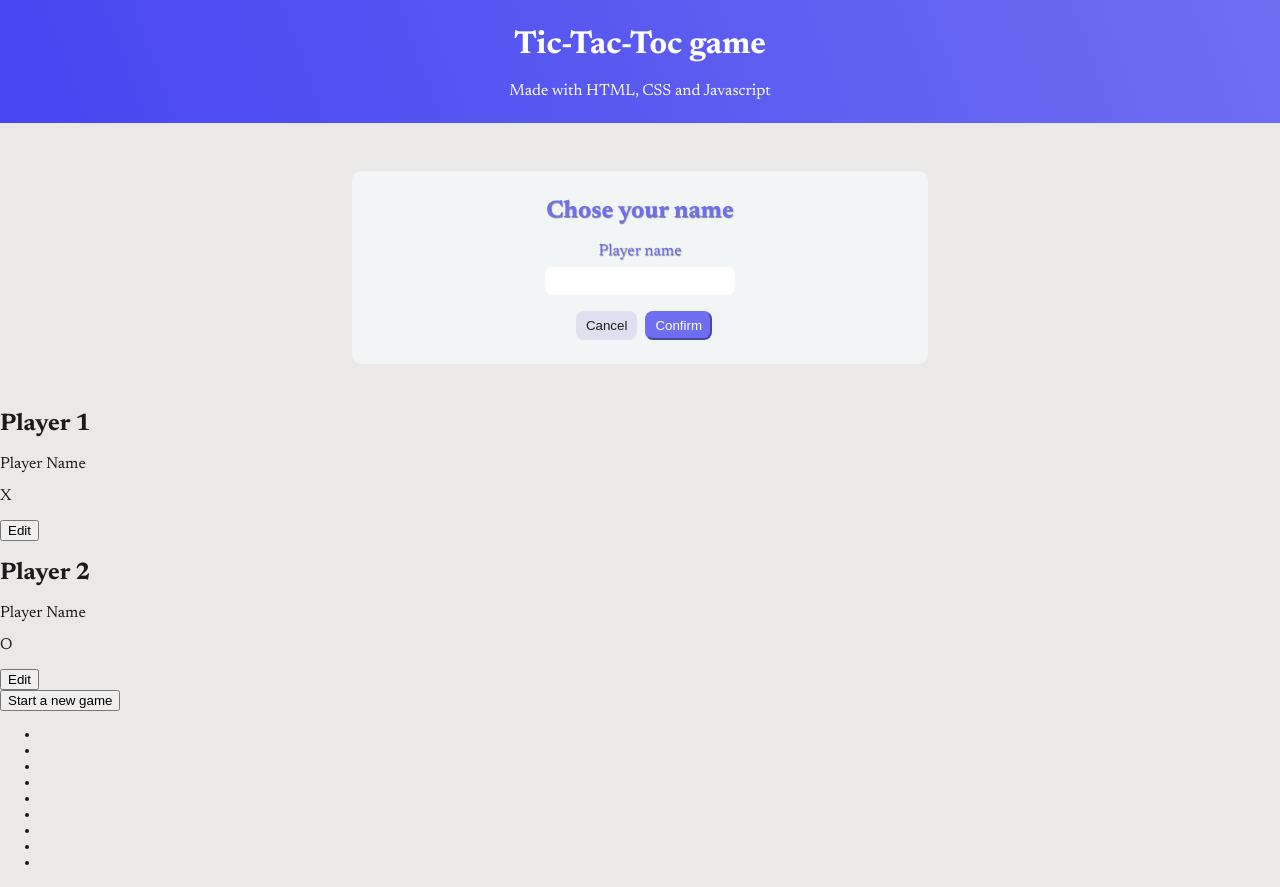
Repository: MicTomm/Tic-tac-toe-game
Page: index.html
An editor plug-in stored every save of this project. The page is shown before and after the next save, followed by the edit.
The browser window is 1280 px wide. The pictures show the whole page.
The pointer rests on the first visible `form input`.

Above is the page before, as saved 2023-06-23 00:14:09.
Not found: js-code

### index.html
<!DOCTYPE html>
<html lang="en">

<head>
    <meta charset="UTF-8">
    <meta name="viewport" content="width=device-width, initial-scale=1.0">
    <title>Tic-Tac-Toe</title>
    <link rel="preconnect" href="https://fonts.googleapis.com">
    <link rel="preconnect" href="https://fonts.gstatic.com" crossorigin>
    <link href="https://fonts.googleapis.com/css2?family=Newsreader:wght@400;700&display=swap" rel="stylesheet">
    <link href="/styles.css" rel="stylesheet">
    <script src="js-code" defer></script>
</head>

<body>
    <header id="main-header">
        <h1>Tic-Tac-Toc game</h1>
        <p>Made with HTML, CSS and Javascript</p>
    </header>
    <main>
        <aside>
            <header id="id="aside-header>
                <h2>Chose your name</h2>
            </header>
            <form>
                <div id="aside-input-container">
                    <label for="choosing-player-name">Player name</label>
                    <input type="text" id="choosing-player-name">
                </div>
                <div id="aside-buttons-container">
                    <button type="button" class="btn alternative-btn">Cancel</button>
                    <button type="submit" class="btn">Confirm</button>
                </div>
            </form>
        </aside>
        <section id="game-configuration">
            <article>
                <div id="player1-container">
                    <h2>Player 1</h2>
                    <p>Player Name</p>
                    <p>X</p>
                    <button>Edit</button>
                </div>
            </article>
            <article>
                <div id="player2-container">
                    <h2>Player 2</h2>
                    <p>Player Name</p>
                    <p>O</p>
                    <button>Edit</button>
                </div>
            </article>
        </section>
        <section id="game-execution">
            <button type="button">Start a new game</button>
            <ul>
                <li></li>
                <li></li>
                <li></li>

                <li></li>
                <li></li>
                <li></li>

                <li></li>
                <li></li>
                <li></li>
            </ul>
        </section>
    </main>

</body>

</html>

### styles.css
body{
    margin: 0;
    background-color: rgb(235, 232, 232);
    font-family: 'Newsreader', serif;
    color: rgb(27, 27, 27);
}

#main-header{
    background: linear-gradient(70deg, rgb(70, 70, 242), rgb(110, 110, 241));
    color: white;
    padding: 0.5rem 5%;
    text-align: center;
}

.btn{
    background-color: rgb(110, 110, 241);
    border-color: rgb(110, 112, 241);
    color: white;
    border-radius: 8px;
    padding: 0.3rem 0.5rem;
}

.alternative-btn{
    background-color: rgb(223, 223, 239);
    border-color: transparent;
    color: rgb(27, 27, 27);
    margin: 0.5rem;
}

.btn:hover{
    background-color:  rgb(127, 127, 233);
    box-shadow: 1px 1px 2px rgb(27, 27, 27);
}

.alternative-btn:hover{
    background-color: rgb(210, 210, 235);
    border-color: rgb(205, 205, 233);
}

aside{
    text-align: center;
    background-color: rgb(241, 245, 245);
    width: 45%;
    margin: 3rem auto;
    border-radius: .6rem;
    padding: .5rem 0rem;
}

form{
    display: flex;
    flex-flow: column;
}

aside h2,
aside label{
    color: rgb(110, 110, 241);
    text-shadow: .5px .5px 1px rgb(27, 27, 27, 0.5);
}

form label{
    display: block;
    margin-bottom: .5rem;
}

form input{
    padding: .3rem;
    border-color: transparent;
    border-radius: 8px;

}

form input:hover{
    outline: blue;
}

form #aside-buttons-container{
    display: flex;
    flex-flow: row;
    justify-content: center;
    align-items: center;
    margin: .5rem;
}

After the next save:
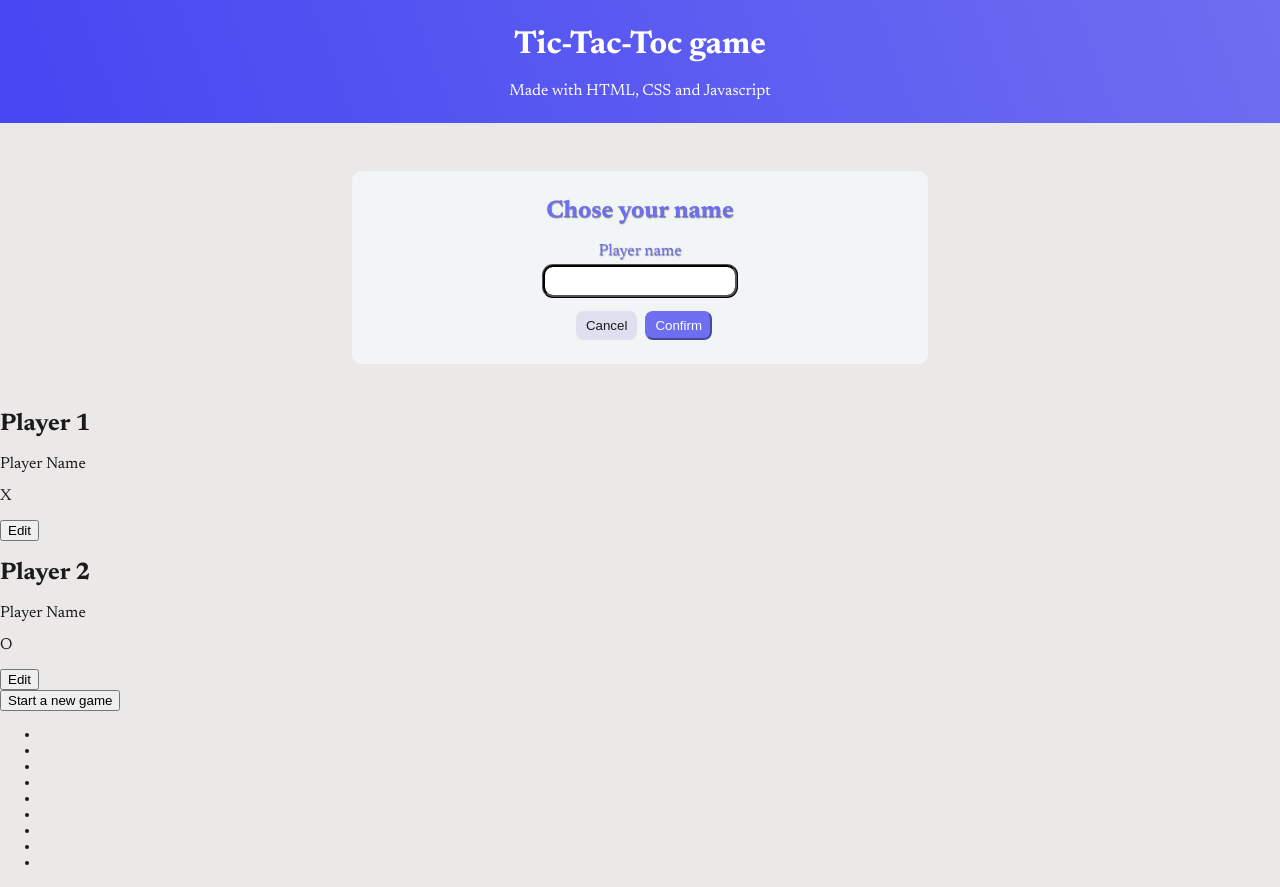
Saved 52 s later.
--- a/styles.css
+++ b/styles.css
@@ -70,7 +70,7 @@
 }
 
 form input:hover{
-    outline: blue;
+    outline: ridge;
 }
 
 form #aside-buttons-container{

After the save that followed:
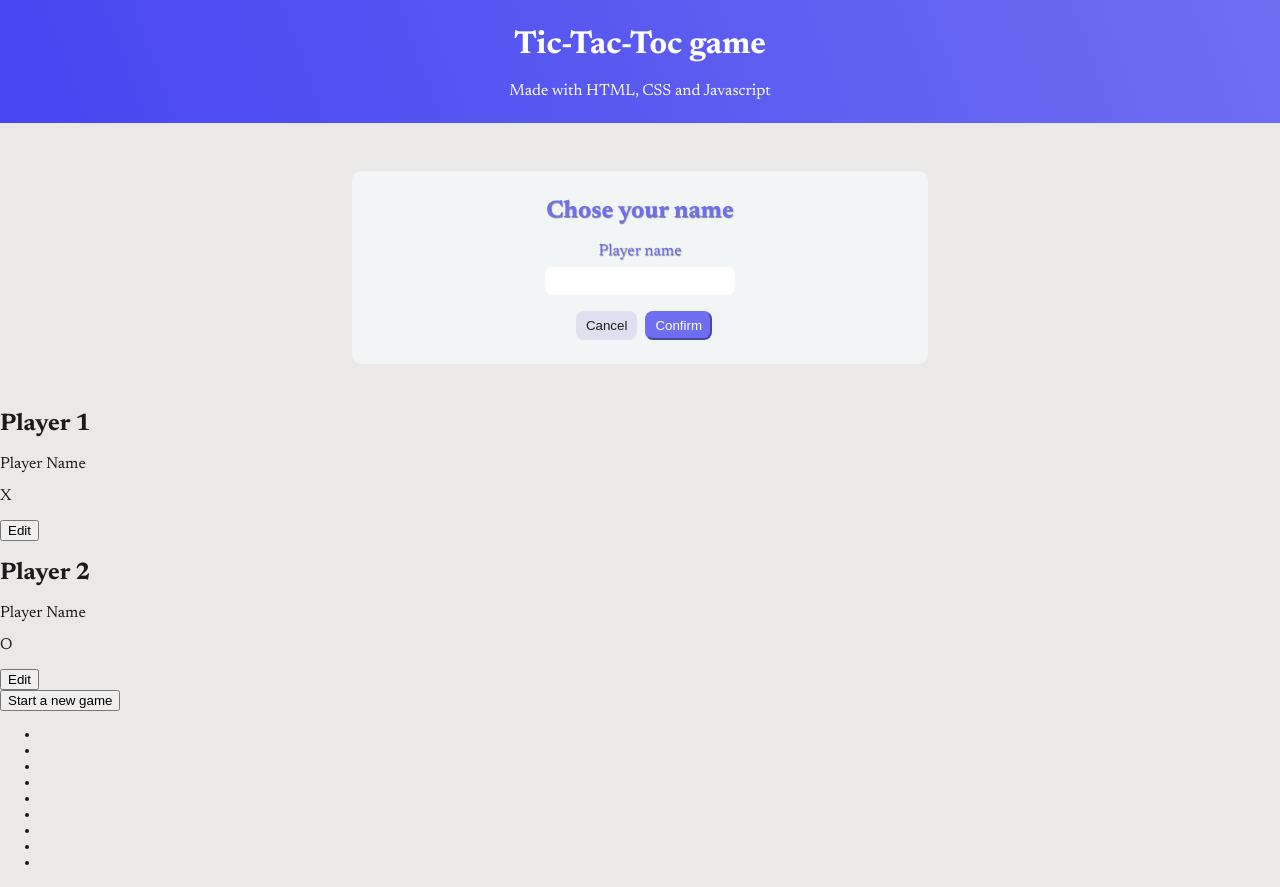
Saved 32 s later.
--- a/styles.css
+++ b/styles.css
@@ -70,7 +70,7 @@
 }
 
 form input:hover{
-    outline: ridge;
+    outline: red 2px;
 }
 
 form #aside-buttons-container{
